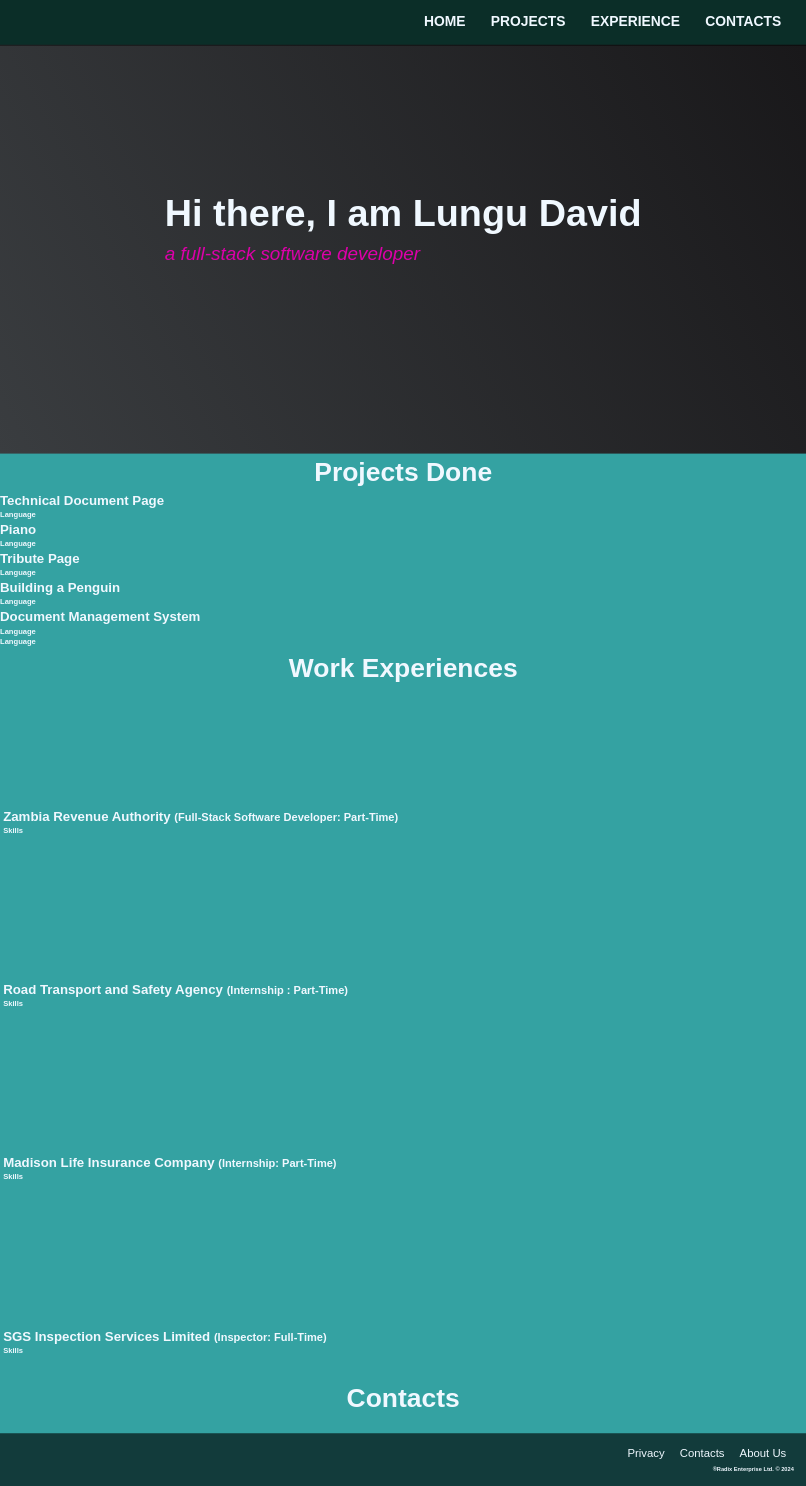
Repository: Lungdjos/personal_portifolio
Page: html/index.html
These files come from the project's save history. The page is drawn as it stood at one moment and after the next save; the edit follows.
The browser window is 1280 px wide. The pictures show the whole page, at 63% of full size.

Above is the page before, as saved 2024-02-02 01:18:23.

After the next save:
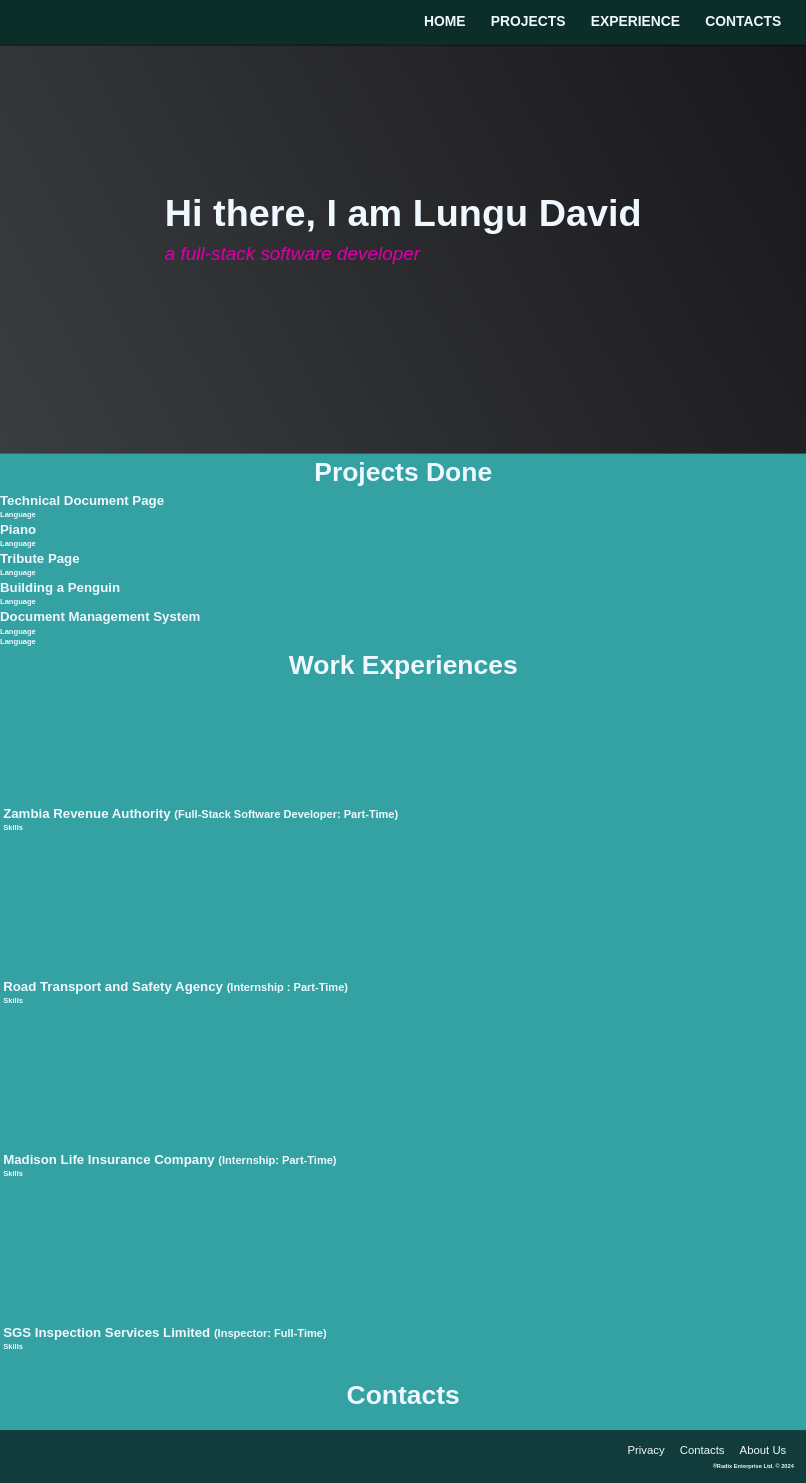
Saved 41 s later.
--- a/css/styles.css
+++ b/css/styles.css
@@ -149,7 +149,7 @@ main>li {
     color: #d0a;
 }
 
-
+#t
 /* Work Experience */
 
 #Work-Experience {
